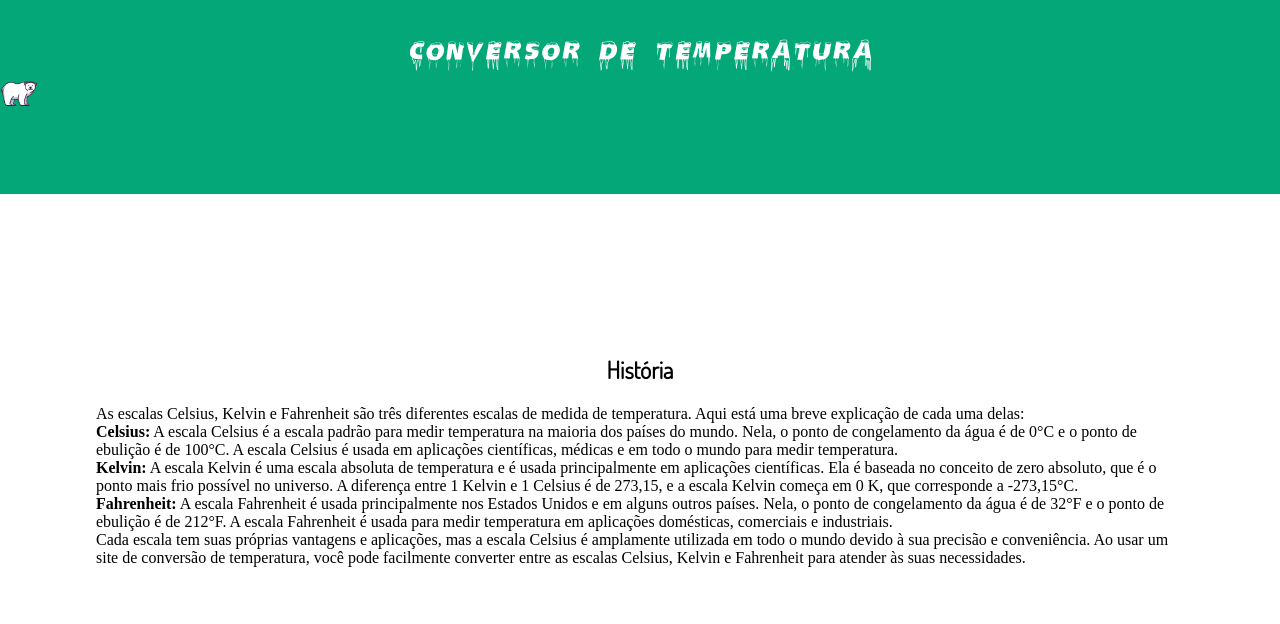
Repository: Leonngc/Conversor-de-temperatura
Page: history.html
These files come from the project's save history. The page is drawn as it stood at one moment and after a run of saves; the edit follows.
The browser window is 1280 px wide. The pictures show the whole page.
Some icons come from a web library that is not loaded, so they are not drawn.

Above is the page before, as saved 2023-02-12 00:52:05.

### history.html
<!DOCTYPE html>
<html lang="pt-br">
  <head>
    <meta charset="UTF-8" />
    <meta http-equiv="X-UA-Compatible" content="IE=edge" />
    <meta name="viewport" content="width=device-width, initial-scale=1.0" />
    <link
      rel="stylesheet"
      href="https://cdn-uicons.flaticon.com/uicons-bold-straight/css/uicons-bold-straight.css"
    />
    <link
      rel="stylesheet"
      href="https://cdn-uicons.flaticon.com/uicons-brands/css/uicons-brands.css"
    />
    <link rel="stylesheet" href="history.css" />
    <script src="scripts/menu.js" defer></script>
    <title>História</title>
  </head>
  <body>
    <header>
      <h1>Conversor de Temperatura</h1>
      <img src="image/urso-polar.png" alt="" /><button id="menu-button">
        <i class="fi fi-bs-menu-burger"></i>
      </button>

      <menu>
        <ul id="links-menu">
          <li><a href="about.html">Sobre a página</a></li>
          <li><a href="history.html">História</a></li>
          <li><a href="projects.html">Outros Projetos</a></li>
        </ul>
      </menu>
    </header>
    <main>
      <h2>História</h2>
      <article>
        <p>
          As escalas Celsius, Kelvin e Fahrenheit são três diferentes escalas de
          medida de temperatura. Aqui está uma breve explicação de cada uma
          delas:
        </p>

        <p>
          <strong>Celsius:</strong> A escala Celsius é a escala padrão para
          medir temperatura na maioria dos países do mundo. Nela, o ponto de
          congelamento da água é de 0°C e o ponto de ebulição é de 100°C. A
          escala Celsius é usada em aplicações científicas, médicas e em todo o
          mundo para medir temperatura.
        </p>

        <p>
          <strong>Kelvin:</strong> A escala Kelvin é uma escala absoluta de
          temperatura e é usada principalmente em aplicações científicas. Ela é
          baseada no conceito de zero absoluto, que é o ponto mais frio possível
          no universo. A diferença entre 1 Kelvin e 1 Celsius é de 273,15, e a
          escala Kelvin começa em 0 K, que corresponde a -273,15°C.
        </p>
        <p>
          <strong>Fahrenheit:</strong> A escala Fahrenheit é usada
          principalmente nos Estados Unidos e em alguns outros países. Nela, o
          ponto de congelamento da água é de 32°F e o ponto de ebulição é de
          212°F. A escala Fahrenheit é usada para medir temperatura em
          aplicações domésticas, comerciais e industriais.
        </p>
        <p>
          Cada escala tem suas próprias vantagens e aplicações, mas a escala
          Celsius é amplamente utilizada em todo o mundo devido à sua precisão e
          conveniência. Ao usar um site de conversão de temperatura, você pode
          facilmente converter entre as escalas Celsius, Kelvin e Fahrenheit
          para atender às suas necessidades.
        </p>
      </article>
    </main>
  </body>
</html>

### history.css
@charset "UTF-8";
@import url('https://fonts.googleapis.com/css2?family= Dosis:wght@300 & display = swap');
@font-face {
    font-family: Title;
    src: url(fonts/IceCaps.ttf);
}

:root{
    --yellow: #F7FF58;
    --snow: #FBFBFF;
    --blackout: #040F16;
    --dosis: 'Dosis', sans-serif;
}

*{
    margin: 0;
    padding: 0;
    box-sizing: border-box;
}

header{
    background-color: #04A777;
    margin-bottom: 140px;
    max-width: 100vw;
    color: white;
    height: 27vh;
}

header > img{
    display: block;
    width: 38px;
}

header > h1{
    font-family: Title, sans-serif;
    font-weight: lighter;
    text-align: center;
    font-size: 35px;
    padding-top: 40px;
}

menu{
    background-color: #05C78D;
    padding: 10px;
    max-width: 100vw;
    display: none;
}

menu > ul{
    margin-left: 20px;
    font-size: 20px;
    font-family: var(--dosis);
    font-weight: bold;
    color: white;
}

menu > ul > li{
    padding: 5px;
}

li > a{
    text-decoration: none;
    color: #FBFBFF;
}

li > a:hover{
    color: #03583e;
    text-decoration: underline;
}

#menu-button{
    background-color: #03583e00;
    border: none;
    color: white;
    font-size: 40px;
    margin-left: 15px;
    margin-bottom: 12px;
}

main{
    margin: auto;
    width: 85vw;
}

main > h2{
    text-align: center;
    font-family: var(--dosis);
    padding: 20px;
}

### scripts/menu.js
const menu = document.getElementById('menu-button');
const linkMenu = document.querySelector('menu')


menu.addEventListener('click', event =>{


    if(linkMenu.style.display =='none'){
        linkMenu.style.display = 'block'
    }else{
           linkMenu.style.display = 'none';
    }
})

After the next 4 saves:
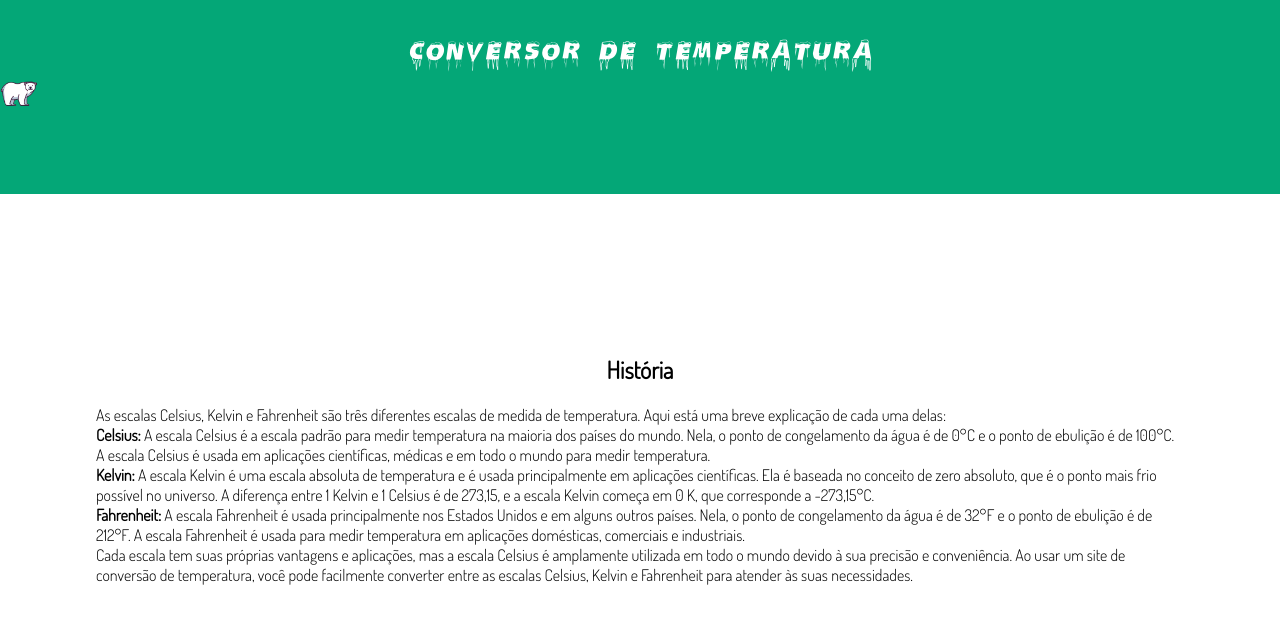
The 4 saves are shown as one change because they came seconds apart.
The last was saved 14 s later.
--- a/history.css
+++ b/history.css
@@ -87,3 +87,7 @@ main > h2{
     font-family: var(--dosis);
     padding: 20px;
 }
+
+article > p{
+    font-family: var(--dosis);
+}
